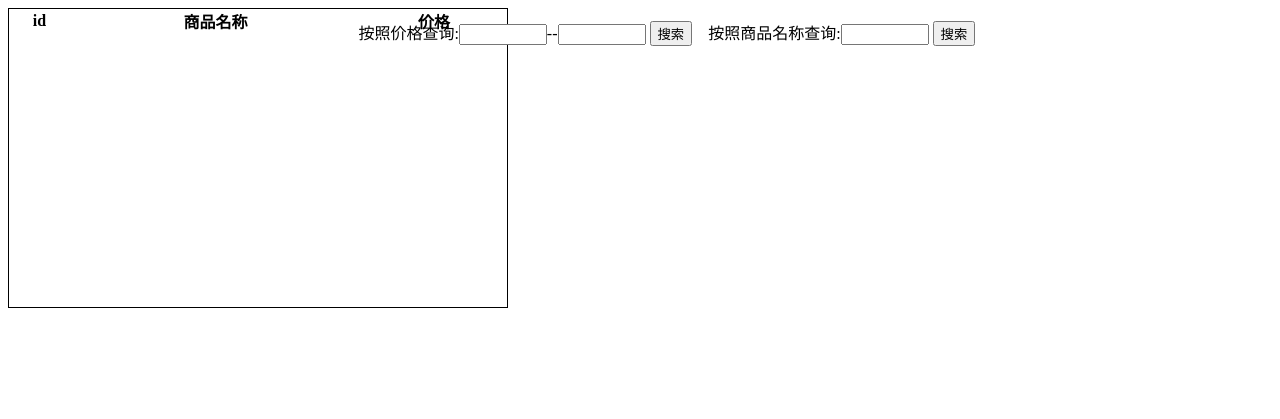
Repository: ldqml/project
Page: jsgaoji/chaxunshangpin.html
An editor plug-in stored every save of this project. The page is shown before and after the next save, followed by the edit.
The browser window is 1280 px wide. The pictures show the whole page.

Above is the page before, as saved 2022-07-15 18:02:22.

### jsgaoji/chaxunshangpin.html
<!DOCTYPE html>
<html lang="en">
<head>
    <meta charset="UTF-8">
    <meta http-equiv="X-UA-Compatible" content="IE=edge">
    <meta name="viewport" content="width=device-width, initial-scale=1.0">
    <title>Document</title>
    <style type="text/css">
        .sousuo{
            width: 800px;
            height: 50px;
            position: absolute;
            top: 20px;
            left: 28%;
        }
        .sousuo input{
            width: 80px;
            text-align: center;
        }
        table{
            border: 1px solid;
            width: 500px;
            height: 300px;
        }
    </style>
</head>
<body>
    <div class="sousuo">
        按照价格查询:<input type="text" class="start">--<input type="text" class="end">
        <button class="sou">搜索</button>&nbsp;&nbsp;&nbsp; 按照商品名称查询:<input type="text" class="name">
        <button class="suo">搜索</button>
    </div>
    <table cellspacing="0" cellpadding="0" >
        <thead>
            <tr>
                <th>id</th>
                <th>商品名称</th>
                <th>价格</th>
            </tr>
        </thead>
        <tbody>
            <tr>
                <td></td>
                <td></td>
                <td></td>
            </tr>
        </tbody>
    </table>
</body>
</html>

After the next save:
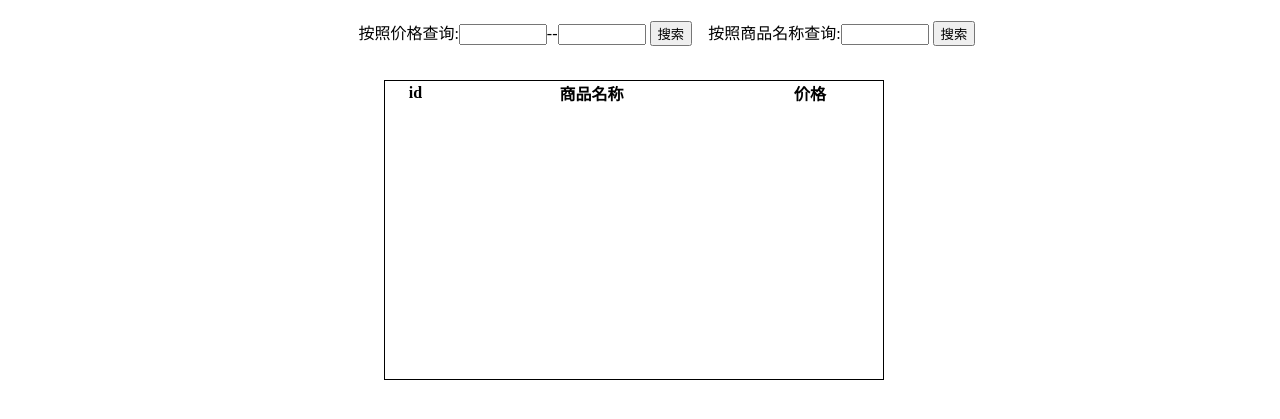
Saved 35 s later.
--- a/jsgaoji/chaxunshangpin.html
+++ b/jsgaoji/chaxunshangpin.html
@@ -21,6 +21,10 @@
             border: 1px solid;
             width: 500px;
             height: 300px;
+            position: absolute;
+            top: 80px;
+            left: 30%;
+
         }
     </style>
 </head>
